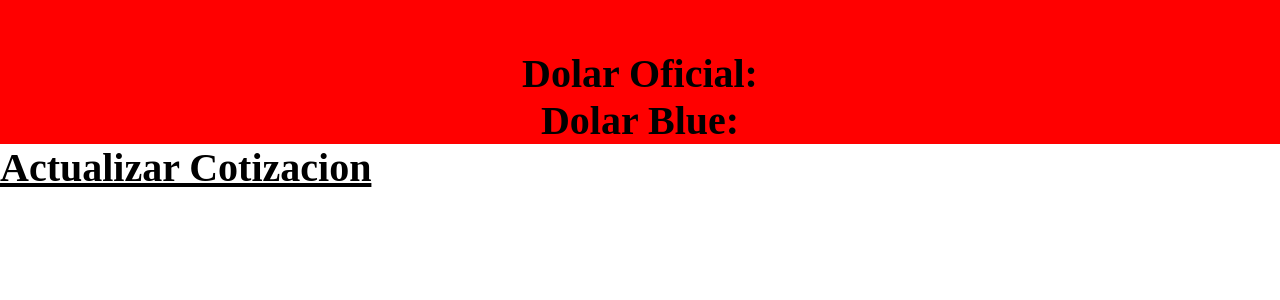
Repository: matias4633/Bill-Metal
Page: BillMetal/widget/BillMetal/index.html
An editor plug-in stored every save of this project. The page is shown before and after the next save, followed by the edit.
The browser window is 1280 px wide. The pictures show the whole page.
The page's requests for data from a server got no answer.

Above is the page before, as saved 2022-07-15 02:31:36.
Console error (its wording comes from the project's code and is left out).

### BillMetal/widget/BillMetal/index.html
<!DOCTYPE html>
<html>

<head>
  <meta charset="UTF-8">
  <link rel="stylesheet" type="text/css" href="css/style.css">
  <script src="js/main.js"></script>
  <style></style>
</head>

<body>
  <div id="page">
    <div id="container">
      <p id="texto-oficial">Dolar Oficial: <div id="oficial"></div>
      <div id="texto-blue">Dolar Blue: <div id="blue"></div> </div>
      <a id="actualizar" href="javascript:location.reload()">Actualizar Cotizacion</a>
      </p>

    </div>
  </div>
</body>

</html>

### BillMetal/widget/BillMetal/css/style.css
html,
body {
    width: 100%;
    height: 100%;
    margin: 0;
    padding: 0;
}
#page {
    background-color: white;
    color: #fff;
    height: 100%;
    position: relative;
    width: 100%;
}
#container {
    width: 100%;
    height: 100%;
}
#texto-oficial {
    font-weight: bold;
    font-size: 40px;
    color: black;
    padding-top: 50px;
    vertical-align: text-bottom;
    margin: 0;
    text-align: center;
    background: red
}
#oficial {
    background: blue;
    font-weight: bold;
    font-size: 40px;
    text-align: center;
    color: black;
}
#texto-blue {
    font-weight: bold;
    font-size: 40px;
    color: black;
    margin: 0;
    text-align: center;
    background: red
}
#blue {
    background: blue;
    font-weight: bold;
    font-size: 40px;
    text-align: center;
    color: black;
}
#actualizar {

    font-weight: bold;
    font-size: 40px;
    text-align: center;
    color: black;
}

### BillMetal/widget/BillMetal/js/main.js
window.onload = function() {
  console.log('+[window.onload]');
  // Do nothing now
  const url = 'https://criptoya.com/api/dolar';

  let respuesta= new XMLHttpRequest();
  respuesta.open('GET',url);

  respuesta.onreadystatechange=function(){

      if(respuesta.readyState === XMLHttpRequest.DONE){

          let respuestaJson= JSON.parse(this.responseText);
          console.log(respuestaJson);
          document.getElementById('oficial').innerText = respuestaJson.oficial;
          document.getElementById('blue').innerText= respuestaJson.blue;
      }
  };
  respuesta.send();



};

After the next save:
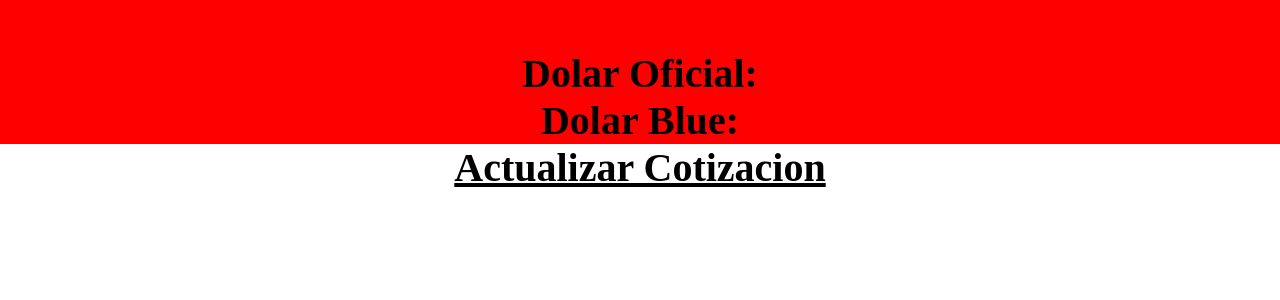
Saved 3 min 19 s later.
--- a/BillMetal/widget/BillMetal/index.html
+++ b/BillMetal/widget/BillMetal/index.html
@@ -13,7 +13,7 @@
     <div id="container">
       <p id="texto-oficial">Dolar Oficial: <div id="oficial"></div>
       <div id="texto-blue">Dolar Blue: <div id="blue"></div> </div>
-      <a id="actualizar" href="javascript:location.reload()">Actualizar Cotizacion</a>
+      <div id="contactualizar"><a id="actualizar" href="javascript:location.reload()">Actualizar Cotizacion</a></div>
       </p>
 
     </div>
--- a/BillMetal/widget/BillMetal/css/style.css
+++ b/BillMetal/widget/BillMetal/css/style.css
@@ -48,6 +48,9 @@ body {
     text-align: center;
     color: black;
 }
+#contactualizar{
+	text-align:center;
+}
 #actualizar {
 
     font-weight: bold;
